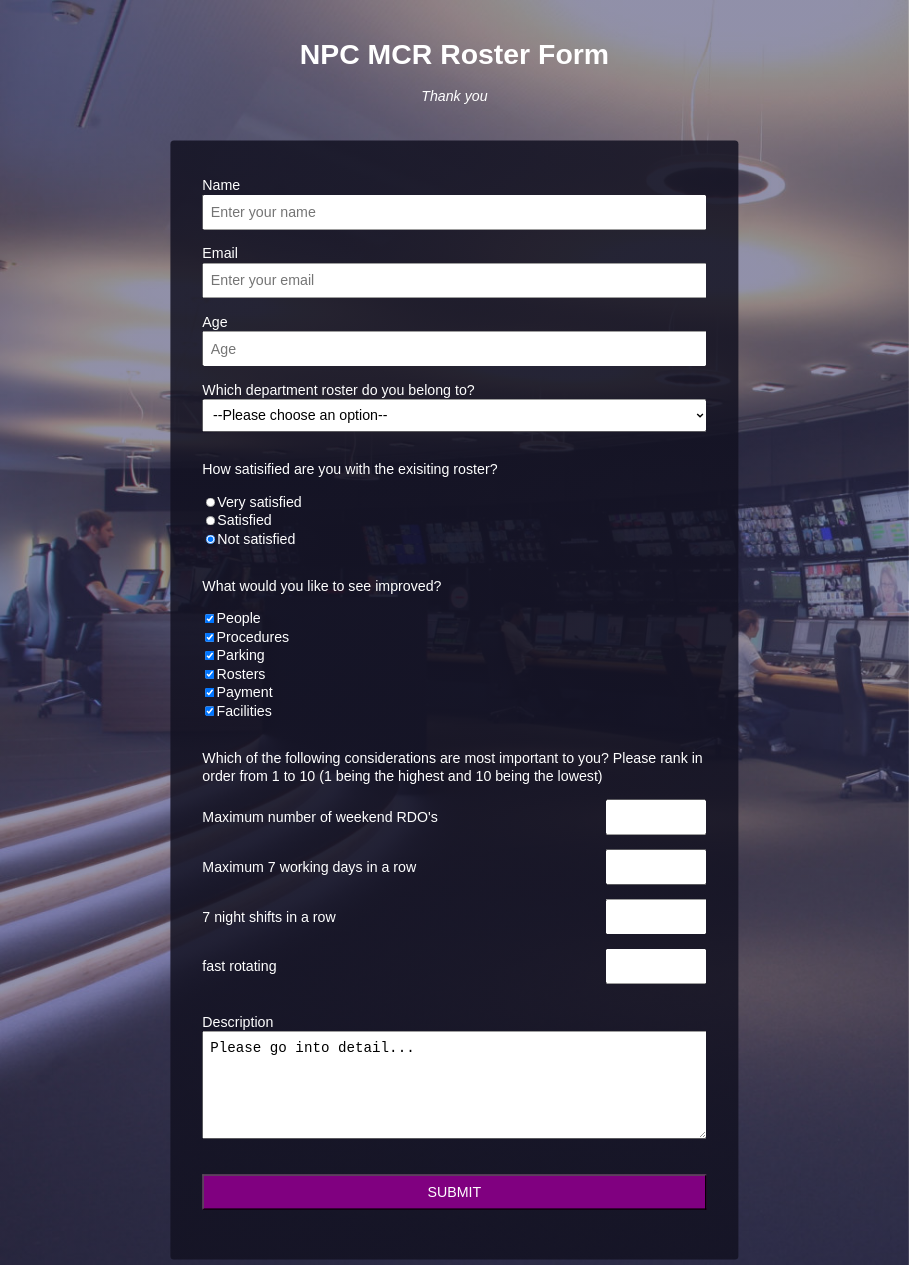
Repository: rvass/fcc-survey-form
Page: index.html
The author's editor kept a record of every edit. The page is drawn from the files as they stood at one moment, then again after the next edit.
The browser window is 1280 px wide. The pictures show the whole page, at 71% of full size.

Above is the page before.

### index.html
<!DOCTYPE html>
<html>
    <head>
        <title>NPC MCR Roster Form</title>
        <link rel="stylesheet" href="styles.css" type="text/css" />
    </head>
    <body>
        <header>
            <h1 id="title">NPC MCR Roster Form</h1>
            <p id="description">Thank you</p>
        </header>
        <form id="survey-form" action="mailto:rvass@npcmedia.com.au">
            <div>
                <label id="name-label" for="name">Name</label>
                <input type="text" placeholder="Enter your name" id="name">
            </div>
            <div>
                <label id="email-label" for="email">Email</label>
                <input type="email" placeholder="Enter your email" id="email">
            </div>

            <div>
                <label id="number-label" for="number">Age</label>
                <input type="number" min="10" max="100" placeholder="Age" id="number">
            </div>

            <div>
                <label for="dropdown">Which department roster do you belong to?</label>
                <select id="dropdown">
                    <option value="">--Please choose an option--</option>
                    <option value="MCR">MCR Team Lead</option>
                    <option value="MCR">MCR</option>
                    <option value="Pres">Presentation Supervisor</option>
                    <option value="MCR">Presentation</option>
                    <option value="Ingest">Ingest</option>
                    <option value="Engineering">Engineering</option>
                </select>
            </div>

            <div>
                <p>How satisified are you with the exisiting roster?</p>

                <label for="very-satisfied"><input type="radio" value="very-satisfied" id="very-satisfied" name="how-satisfied" checked/>Very satisfied</label>
                <label for="satisfied"><input type="radio" value="satisfied" id="satisfied" name="how-satisfied" checked/>Satisfied</label>
                <label for="not-satisfied"><input type="radio" value="not-satisfied" id="not-satisfied" name="how-satisfied" checked/>Not satisfied</label>
            </div>
            <div>
                <p>What would you like to see improved?</p>
                <label for="people"><input type="checkbox" id="people" value="people" name="improvements" checked/>People</label>
                <label for="procedures"><input type="checkbox" id="procedures" value="procedures"  name="improvements" checked/>Procedures</label>
                <label for="parking"><input type="checkbox" id="parking" value="parking" name="improvements" checked/>Parking</label>
                <label for="rosters"><input type="checkbox" id="rosters" value="rosters" name="improvements" checked/>Rosters</label>
                <label for="payment"><input type="checkbox" id="payment" value="payment" name="improvements" checked/>Payment</label>
                <label for="facilities"><input type="checkbox" id="facilities" value="facilities" name="improvements" checked/>Facilities</label>
            </div>

            <div>
                <p>Which of the following considerations are most important to you? Please rank in order from 1 to 10 (1 being the highest and 10 being the lowest)</p>

                <div class="considerations">
                    <label for="max-weekends">Maximum number of weekend RDO's</label>
                    <input type="number" name="priority" id="max-weekends">
                </div>
                <div class="considerations">
                    <label for="max-weekends">Maximum 7 working days in a row</label>
                    <input type="number" name="priority" id="max-weekends">
                </div>
                <div class="considerations">
                    <label for="max-weekends">7 night shifts in a row</label>
                    <input type="number" name="priority" id="max-weekends">
                </div>
                <div class="considerations">
                    <label for="max-weekends">fast rotating</label>
                    <input type="number" name="priority" id="max-weekends">
                </div>



            </div>

            <div>
                <label for="description">Description</label>
                <textarea id="description" name="description" rows="5" cols="33">Please go into detail...</textarea>
            </div>

            <div>
                <button type="submit" id="submit">Submit</button>
            </div>



        </form>
        <script type="text/javascript" src="https://cdn.freecodecamp.org/testable-projects-fcc/v1/bundle.js"></script>
    </body>
</html>

### styles.css
* {
    box-sizing: border-box;
    line-height: 1.3;
}

html {
    color: white;
    font-family: arial;
    font-size: 20px;
}

body {
    background:
        linear-gradient(rgba(54, 53, 99, 0.55), rgba(54, 53, 99, 0.55)),
        url(background-image.jpg);
    background-size: cover;
}

/*HEADER STYLES*/
header {
    text-align: center;
    margin: 50px 0;
}
header h1 {
    margin-bottom: 0px;
}
header p {
    font-style: italic;
}

/*FORM STYLES*/
#survey-form {
    background-color: black;
    background: linear-gradient(rgba(18, 17, 33, 0.85), rgba(18, 17, 33, 0.85));

    border-radius: 5px;
    display: flex;
    flex-direction: column;
    min-height: 100vh;
    margin: 0 auto;
    width: 800px;
    padding: 50px 45px;
}
#survey-form > div {
    display: flex;
    flex-direction: column;
    margin-bottom: 20px;
}
input, textarea, select, button {
    font-size: inherit;
    padding: 10px;
}


input[type=number] {
    width: 100%;
    /*font-size: 20px;*/

}

input[type=radio] {
    display: inline;
}

.considerations {
    display: flex;
    align-items: center;
    margin-bottom: 20px;
}

.considerations label  {
    flex: 0 1 80%;
}
.considerations input {
    flex: 0 1 20%;
}

.form-div label {
    margin-bottom: 10px;
}

button {
    cursor: pointer;
    background-color: purple;
    margin-top: 30px;
    color: white;
    text-transform: uppercase;
}

After the next edit:
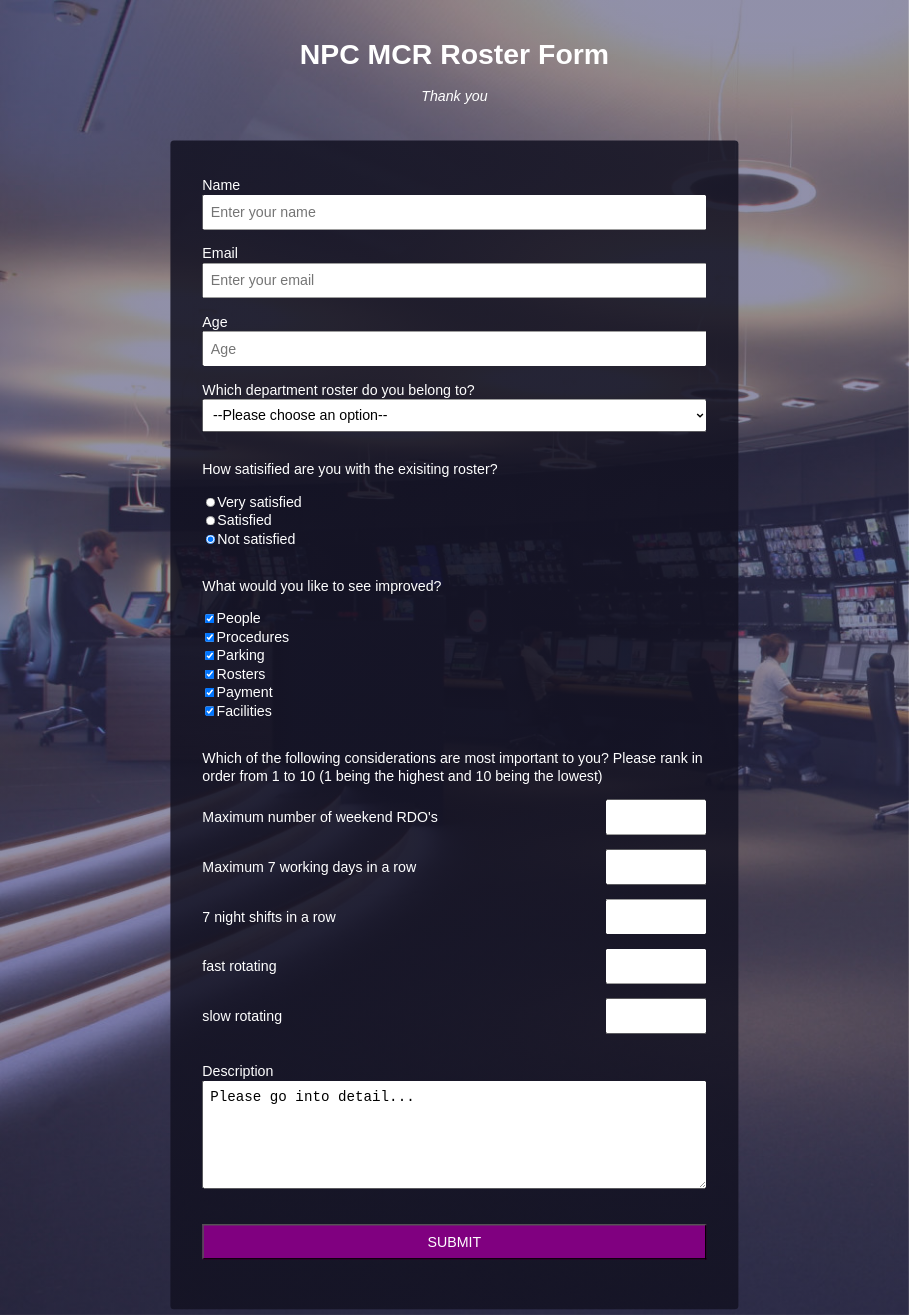
The edit:
--- a/index.html
+++ b/index.html
@@ -73,6 +73,10 @@
                     <label for="max-weekends">fast rotating</label>
                     <input type="number" name="priority" id="max-weekends">
                 </div>
+                <div class="considerations">
+                    <label for="max-weekends">slow rotating</label>
+                    <input type="number" name="priority" id="max-weekends">
+                </div>
 
 
 
